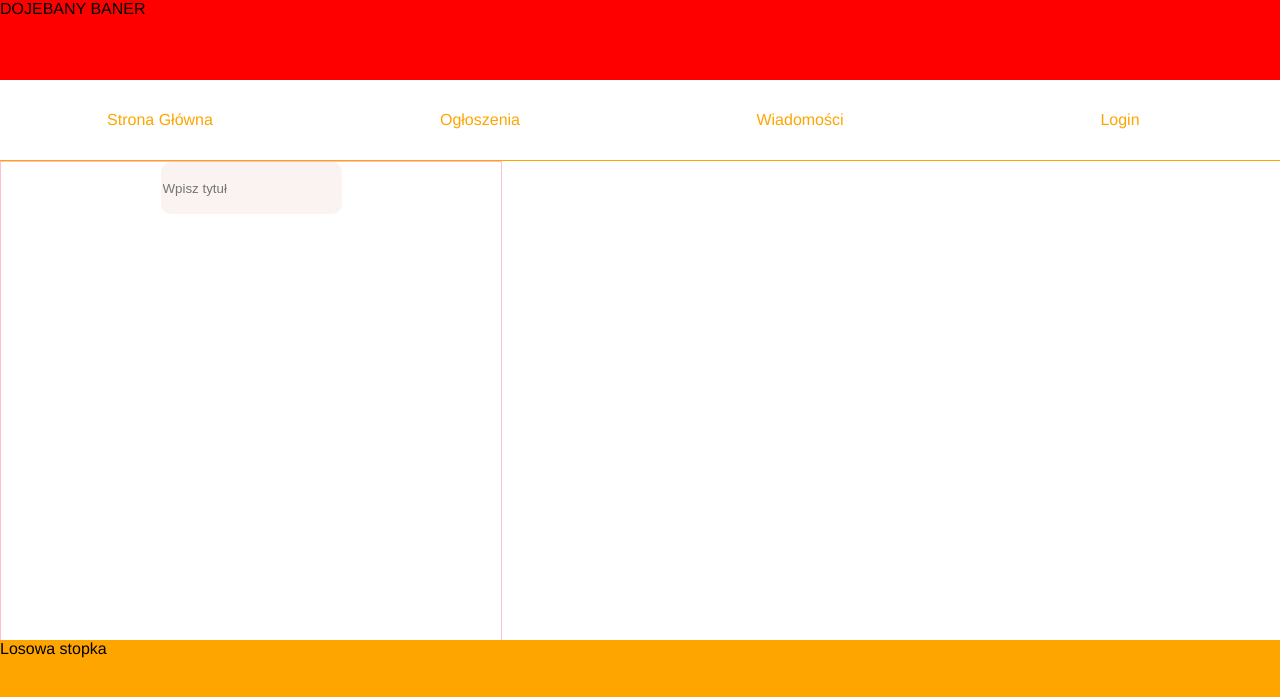
Repository: PatrykStawik/projectppz
Page: /ogloszenia/dodaj-ogloszenie
These files come from the project's save history. The page is drawn as it stood at one moment and after the next save; the edit follows.
The browser window is 1280 px wide. The pictures show the whole page.
The project was rebuilt for these pictures with package versions that can differ from the ones it lists, and the page was loaded fresh each time. The framework's server and built-in components were replaced by stand-ins that run in the browser.

Above is the page before, as saved 2021-05-26 12:27:26.

After the next save:
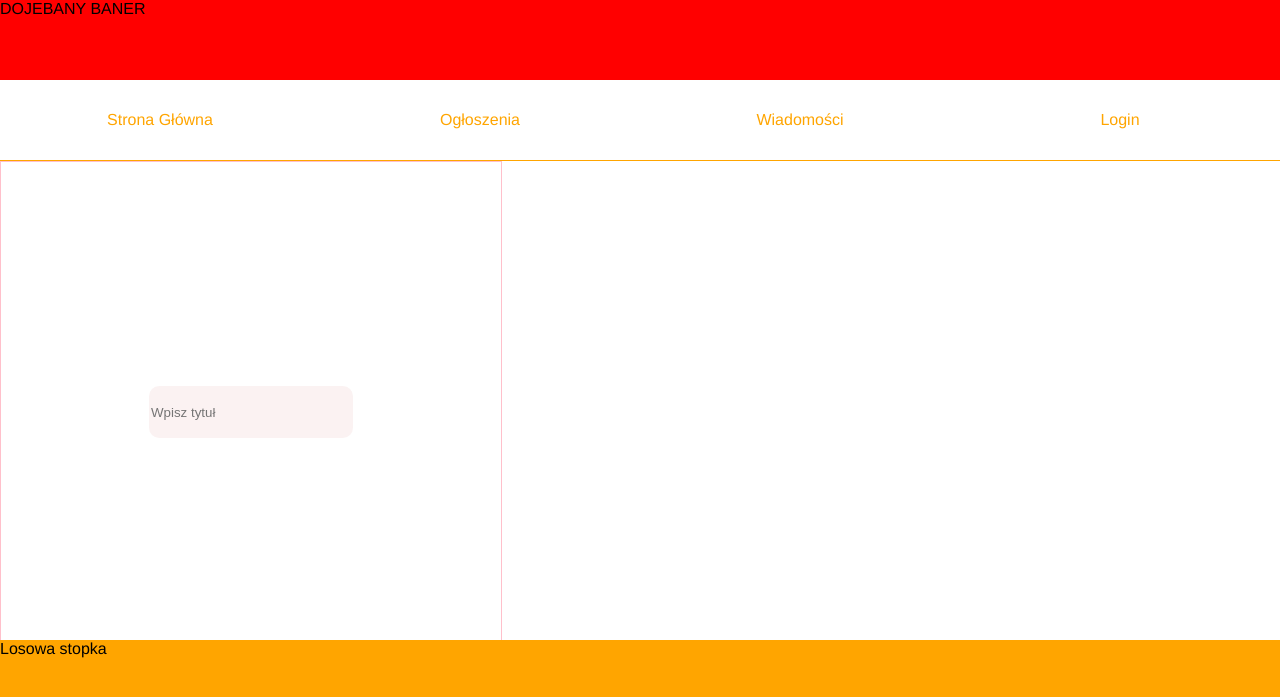
Saved 4 s later.
--- a/components/AddAdvertisementPage/AddAdvertisementPage.tsx
+++ b/components/AddAdvertisementPage/AddAdvertisementPage.tsx
@@ -9,7 +9,7 @@ const Wrapper = styled.div`
   border: 1px solid pink;
   ${setFlex()};
   justify-content: center;
-  <align-it></align-it>
+  align-items: center;
   input {
     width: 200px;
   }
